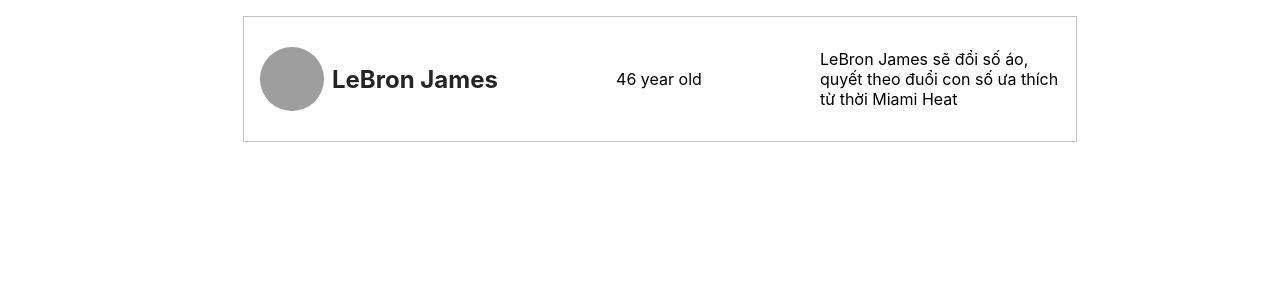
Repository: ducanhaep/ts-react-with-typescript
Page: /
An editor plug-in stored every save of this project. The page is shown before and after the next save, followed by the edit.
The browser window is 1280 px wide. The pictures show the whole page.
Pictures or frames that could not be fetched are drawn as grey boxes. The project was rebuilt for these pictures with package versions that can differ from the ones it lists, and the page was loaded fresh each time.

Above is the page before, as saved 2021-10-13 00:51:00.

### src/App.tsx
import React, { useState } from "react";
import "./App.css";
import List from "./components/List";

interface IState {
  people: {
    name: string;
    age: number;
    url: string;
    note?: string;
  }[];
}

function App() {
  const [people, setPeople] = useState<IState["people"]>([
    {
      name: "LeBron James",
      url: "https://cdnmedia.webthethao.vn/uploads/2021-06-10/LeBron-James-no6-jersey-swap-1.jpeg",
      age: 46,
      note: "LeBron James sẽ đổi số áo, quyết theo đuổi con số ưa thích từ thời Miami Heat",
    },
  ]);

  return (
    <div className="App">
      <List people={people} />
    </div>
  );
}

export default App;

### src/components/List.tsx
import React from "react";
interface IProps {
  people: {
    name: string;
    age: number;
    url: string;
    note?: string;
  }[];
}

const List: React.FC<IProps> = ({ people }) => {
  const renderList = (): JSX.Element[] => {
    return people.map((person) => {
      return (
        <li className="List">
          <div className="List-header">
            <img src={person.url} alt="" className="List-img" />
            <h2>{person.name}</h2>
          </div>
          <p>{person.age} year old</p>
          <p className="List-note">{person.note}</p>
        </li>
      );
    });
  };
  return <ul>{renderList()}</ul>;
};
export default List;

### src/components/AddToList.tsx
import React from "react";

const AddToList = () => {
  return <div>add component</div>;
};

export default AddToList;

Loaded but not shown: public/index.html (common file); src/index.tsx (common file); src/index.css (common file); src/reportWebVitals.ts (common file); src/App.css (common file)

After the next save:
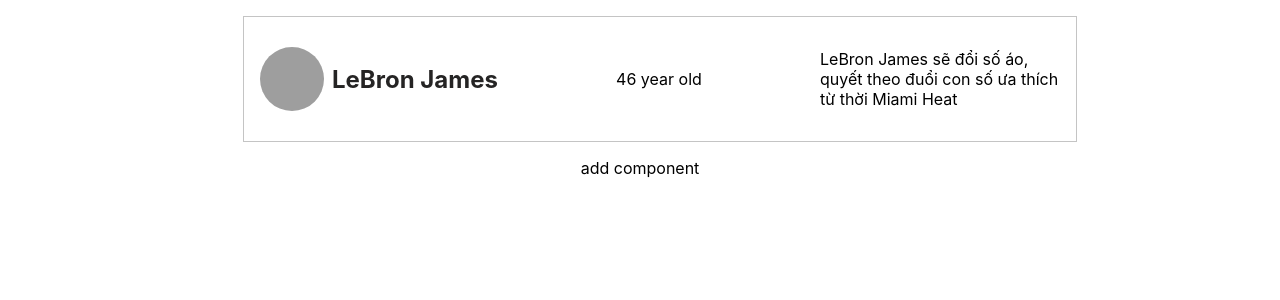
Saved 16 s later.
--- a/src/App.tsx
+++ b/src/App.tsx
@@ -1,6 +1,8 @@
 import React, { useState } from "react";
 import "./App.css";
 import List from "./components/List";
+import AddToList from "./components/AddToList";
+import AddToList from "./components/AddToList";
 
 interface IState {
   people: {
@@ -24,6 +26,7 @@
   return (
     <div className="App">
       <List people={people} />
+      <AddToList />
     </div>
   );
 }
